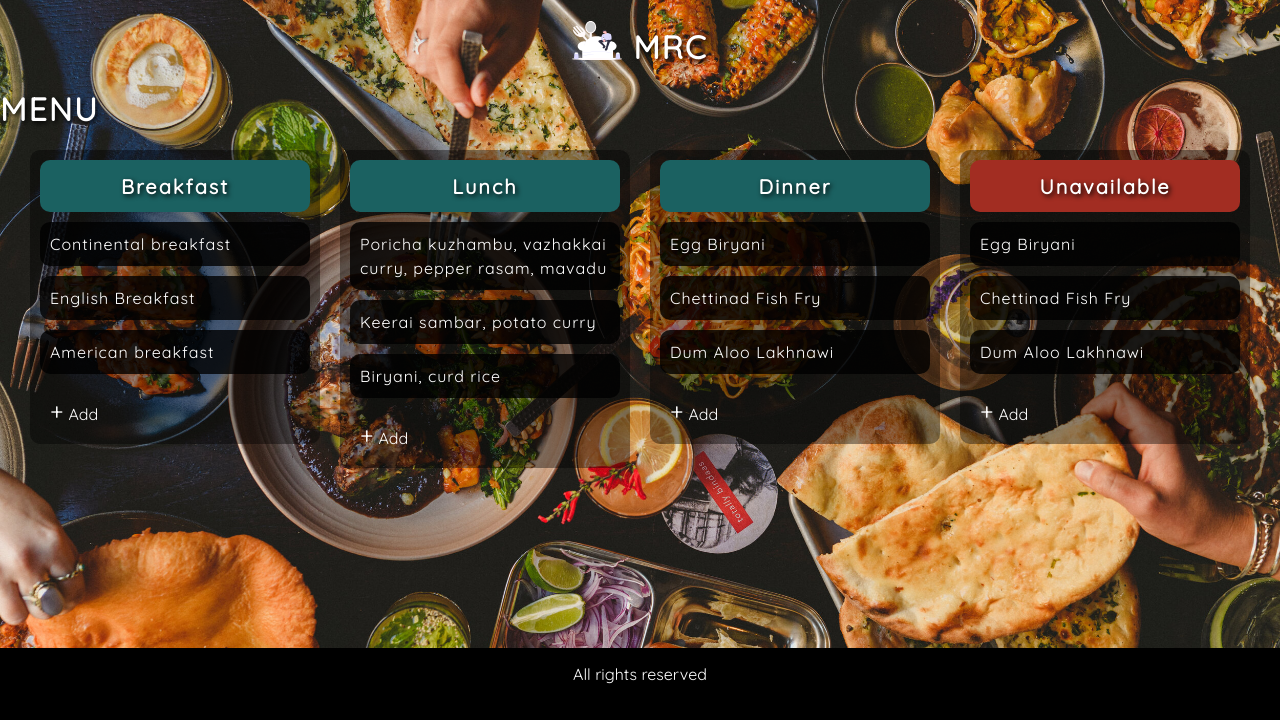
Repository: Anasooya2601/drag-and-drop
Page: index.html
The author's editor kept a copy of each file at every save. The page is drawn from the files as they stood at one save, then again after the next save.
The browser window is 1280 px wide. The pictures show the whole page.

Above is the page before, as saved 2021-02-05 03:16:52.

After the next save:
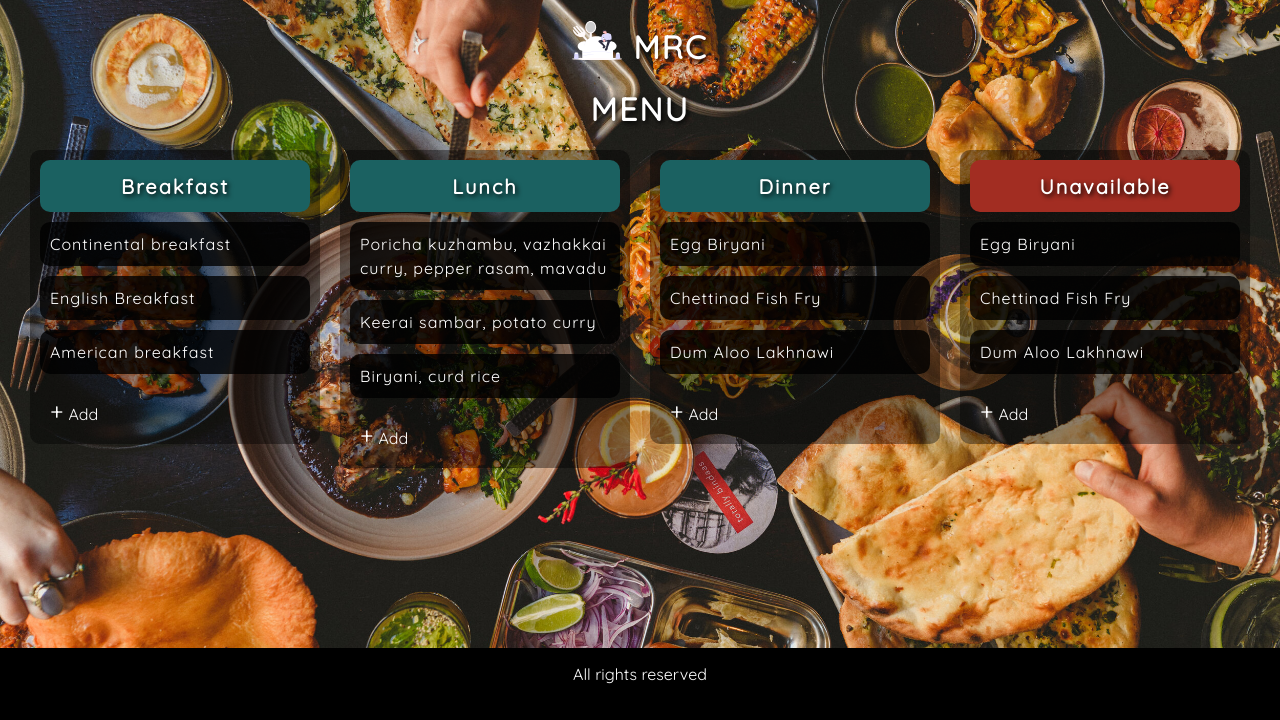
Saved 44 s later.
--- a/index.html
+++ b/index.html
@@ -14,7 +14,7 @@
         <img src="mrc.svg" width="50" alt="">
     MRC
 </h1>
-<h1>MENU</h1>
+<h1 style="text-align:center">MENU</h1>
     <div class="drag-container">
         <ul class="drag-list">
 <!-- breakfast column -->

After the save that followed:
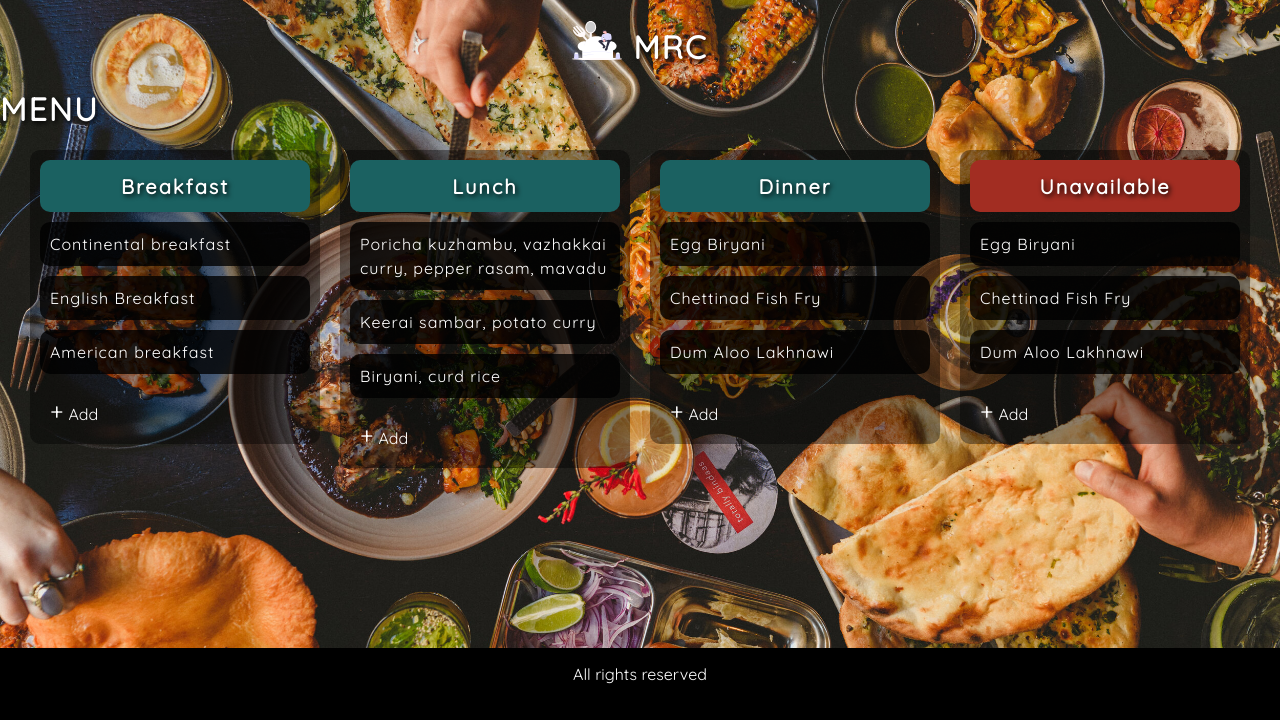
Saved 44 s later.
--- a/index.html
+++ b/index.html
@@ -14,7 +14,7 @@
         <img src="mrc.svg" width="50" alt="">
     MRC
 </h1>
-<h1 style="text-align:center">MENU</h1>
+<h1 style="text-align:center,Color:yellow">MENU</h1>
     <div class="drag-container">
         <ul class="drag-list">
 <!-- breakfast column -->
